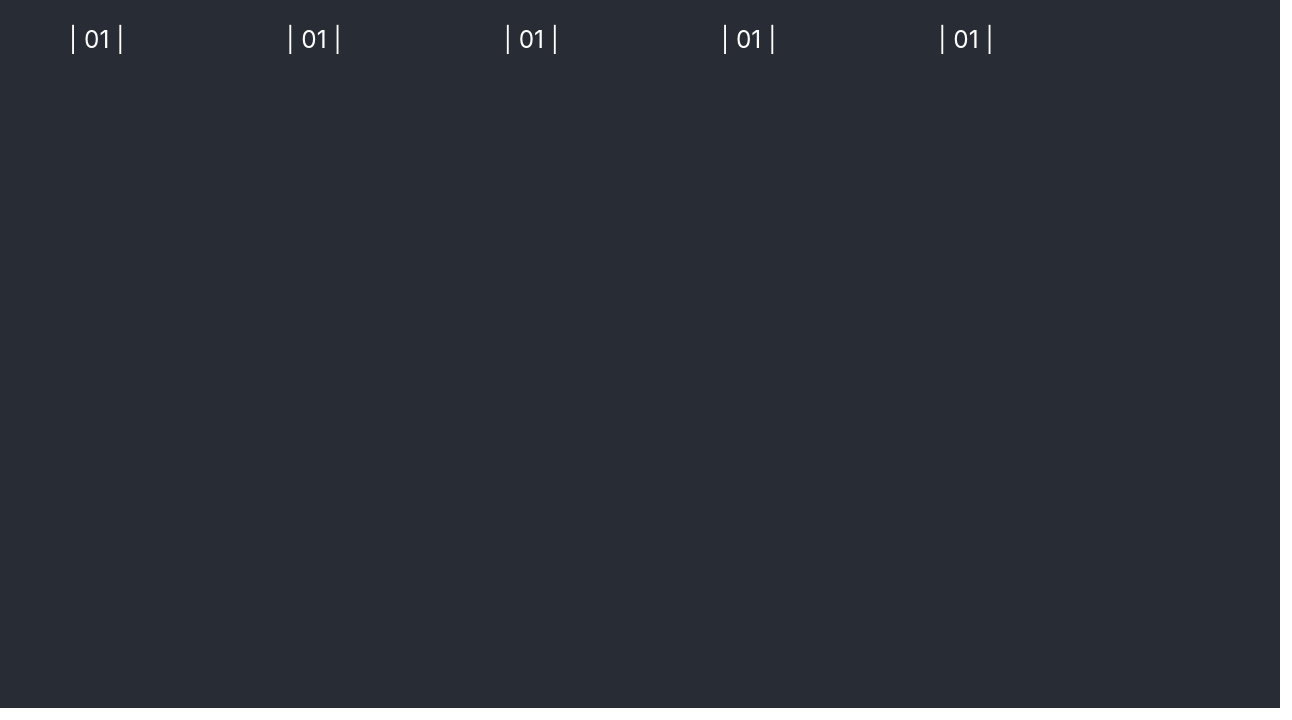
Repository: ghbamorim/megasenaapi
Page: / (app in mega-sena-client/)
The author's editor kept a copy of each file at every save. The page is drawn from the files as they stood at one save, then again after the next save.
The browser window is 1280 px wide. The page is 1292 px wide, so the pictures cover 1292 px, including what lies to the right of the window. The pictures show the whole page.
The project was rebuilt for these pictures with package versions that can differ from the ones it lists, and the page was loaded fresh each time.

Above is the page before, as saved 2021-09-11 10:07:15.

### mega-sena-client/src/App.tsx
import React from "react";
import logo from "./logo.svg";
import "./App.css";
import Number from "./number";
import { makeStyles } from "@material-ui/core/styles";
import Paper from "@material-ui/core/Paper";
import Grid from "@material-ui/core/Grid";

const useStyles = makeStyles((theme) => ({
  root: {
    flexGrow: 1,
  },
  paper: {
    padding: theme.spacing(2),
    textAlign: "center",
    color: theme.palette.text.secondary,
  },
}));

function App() {
  const classes = useStyles();
  return (
    <div className="App">
      <header className="App-header">
        <div className={classes.root}>
          <Grid container spacing={3}>
            <Grid item xs={2}>
              <Number />
            </Grid>
            <Grid item xs={2}>
              <Number />
            </Grid>
            <Grid item xs={2}>
              <Number />
            </Grid>
            <Grid item xs={2}>
              <Number />
            </Grid>
            <Grid item xs={2}>
              <Number />
            </Grid>
          </Grid>
        </div>
      </header>
    </div>
  );
}

export default App;

### mega-sena-client/src/App.css
.App {
  text-align: center;
}

.App-logo {
  height: 40vmin;
  pointer-events: none;
}

@media (prefers-reduced-motion: no-preference) {
  .App-logo {
    animation: App-logo-spin infinite 20s linear;
  }
}

.App-header {
  background-color: #282c34;
  min-height: 100vh;
  align-items: center;
  justify-content: center;
  font-size: calc(10px + 2vmin);
  color: white;
}

.App-link {
  color: #61dafb;
}

@keyframes App-logo-spin {
  from {
    transform: rotate(0deg);
  }
  to {
    transform: rotate(360deg);
  }
}

### mega-sena-client/src/number.tsx
import React from "react";
import logo from "./logo.svg";
import "./App.css";

export interface INumberProps {
  number: number;
}

const Number: React.FC<INumberProps> = ({ number }: INumberProps) => {
  return (
    <div className="App">
      <p>| 01 |</p>
    </div>
  );
};

export default Number;

Loaded but not shown: mega-sena-client/public/index.html (common file); mega-sena-client/src/index.tsx (common file); mega-sena-client/src/index.css (common file); mega-sena-client/src/reportWebVitals.ts (common file)

After the next save:
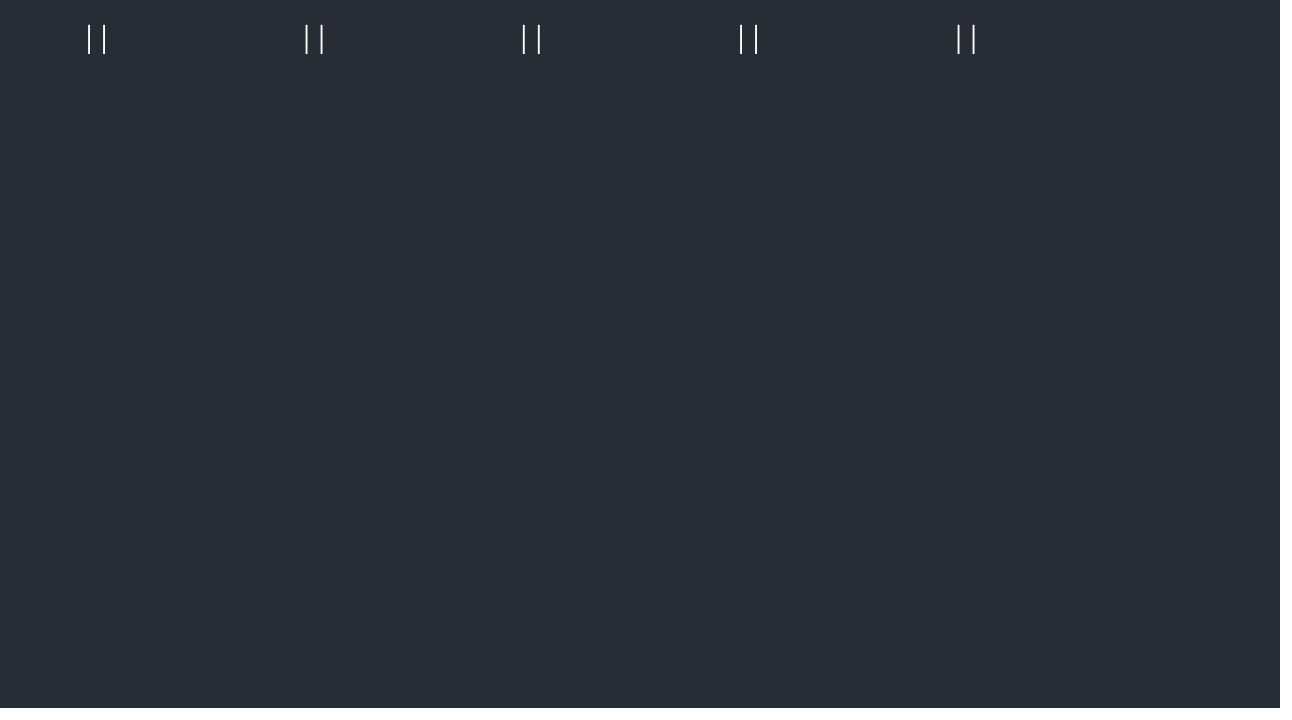
Saved 8 s later.
--- a/mega-sena-client/src/number.tsx
+++ b/mega-sena-client/src/number.tsx
@@ -9,7 +9,7 @@ export interface INumberProps {
 const Number: React.FC<INumberProps> = ({ number }: INumberProps) => {
   return (
     <div className="App">
-      <p>| 01 |</p>
+      <p>| {number} |</p>
     </div>
   );
 };
